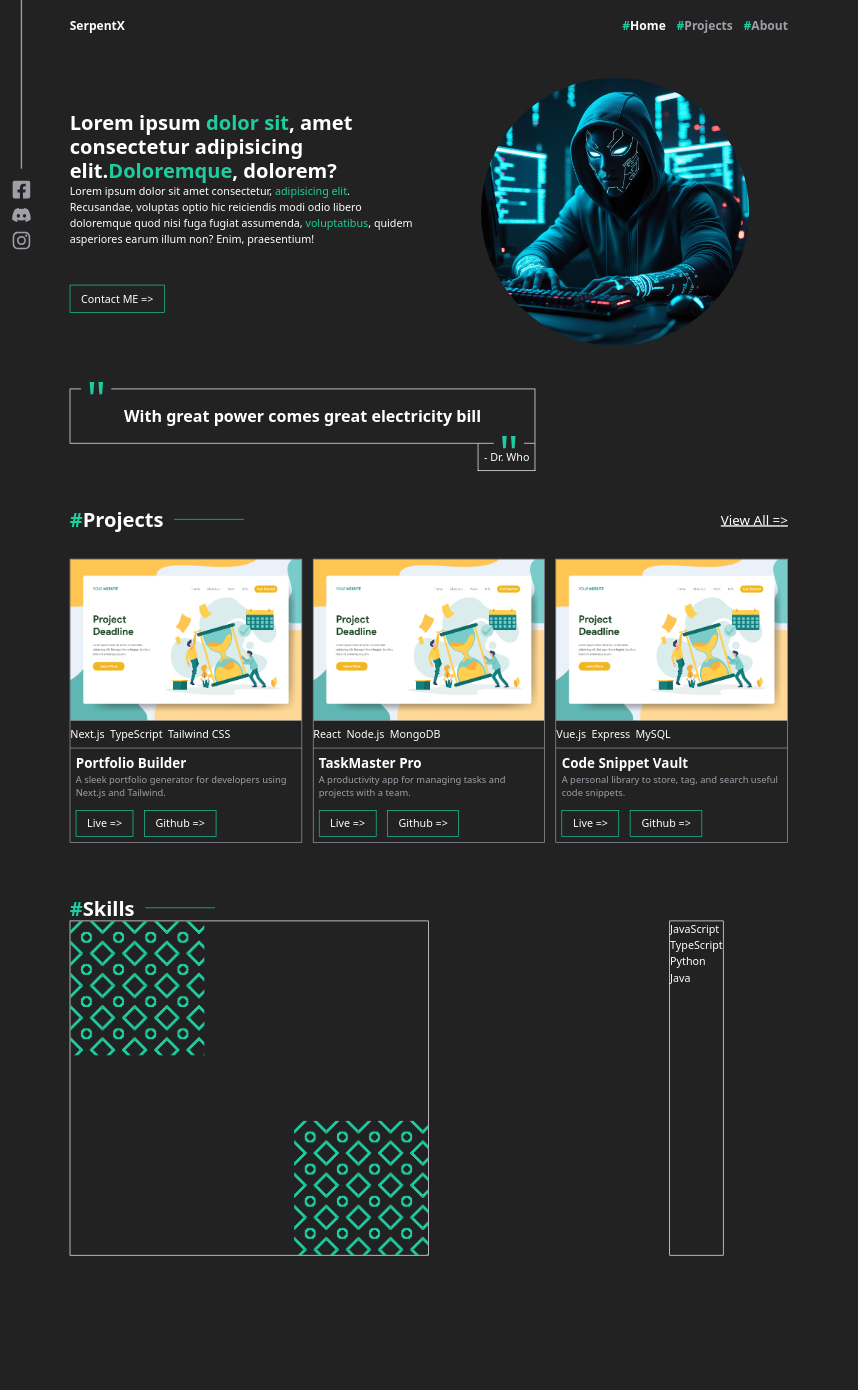
Repository: SERPENTX03/Portfolio-Tutorial
Page: /
The author's editor kept a copy of each file at every save. The page is drawn from the files as they stood at one save, then again after the next save.
The browser window is 1280 px wide. The pictures show the whole page, at 67% of full size.
The project was rebuilt for these pictures with package versions that can differ from the ones it lists, and the page was loaded fresh each time. The framework's server and built-in components were replaced by stand-ins that run in the browser. Also part of the build but not shown: next.config.ts.

Above is the page before, as saved 2025-04-19 21:43:44.

After the next save:
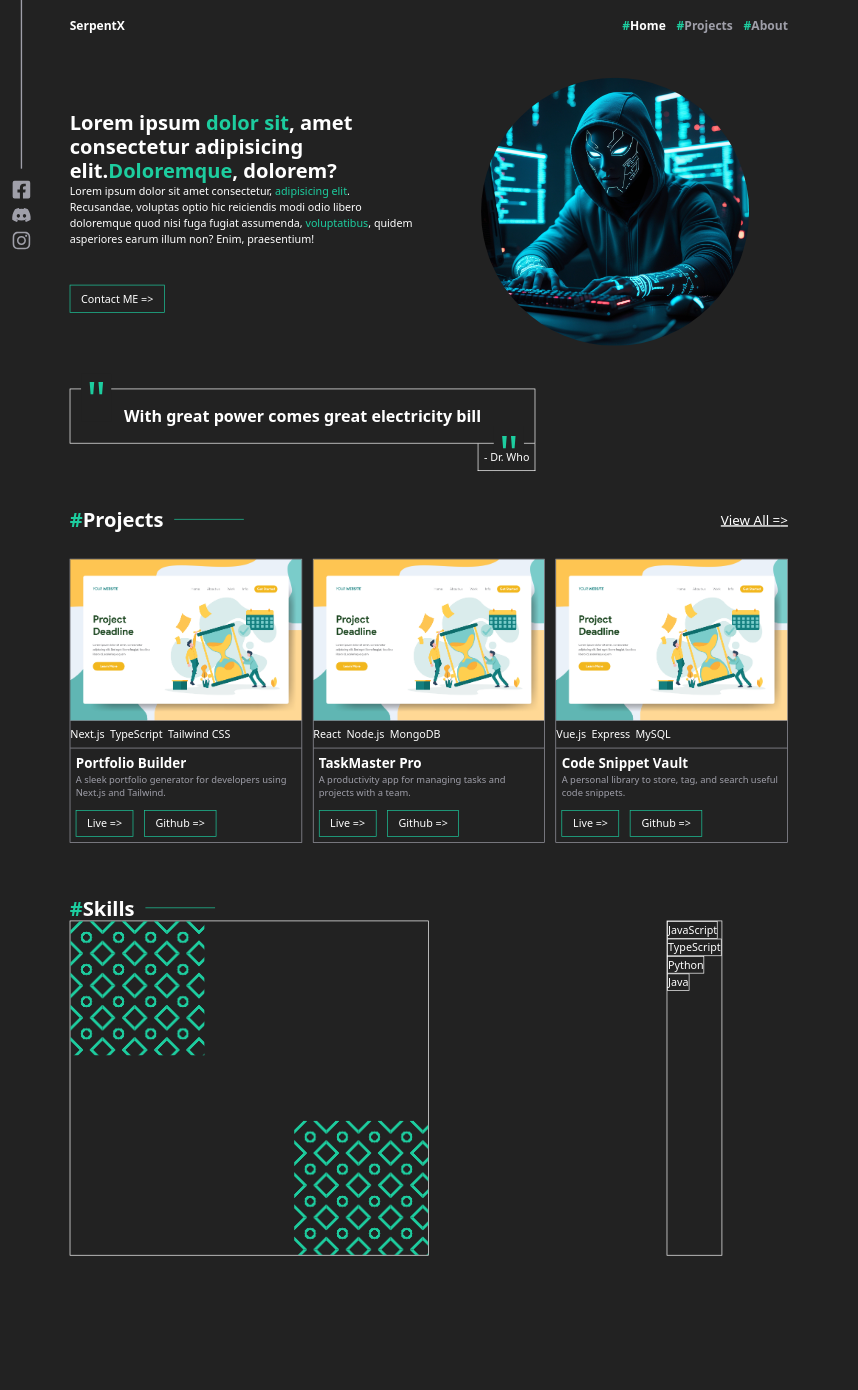
Saved 10 s later.
--- a/components/Skils.tsx
+++ b/components/Skils.tsx
@@ -18,7 +18,7 @@ const Skils = () => {
           <div className="border">
             {techStacks.languages.map((lang) => (
               <div key={lang.id} className="flex items-center gap-2">
-                <p>{lang.name}</p>
+                <p className="border">{lang.name}</p>
               </div>
             ))}
           </div>
